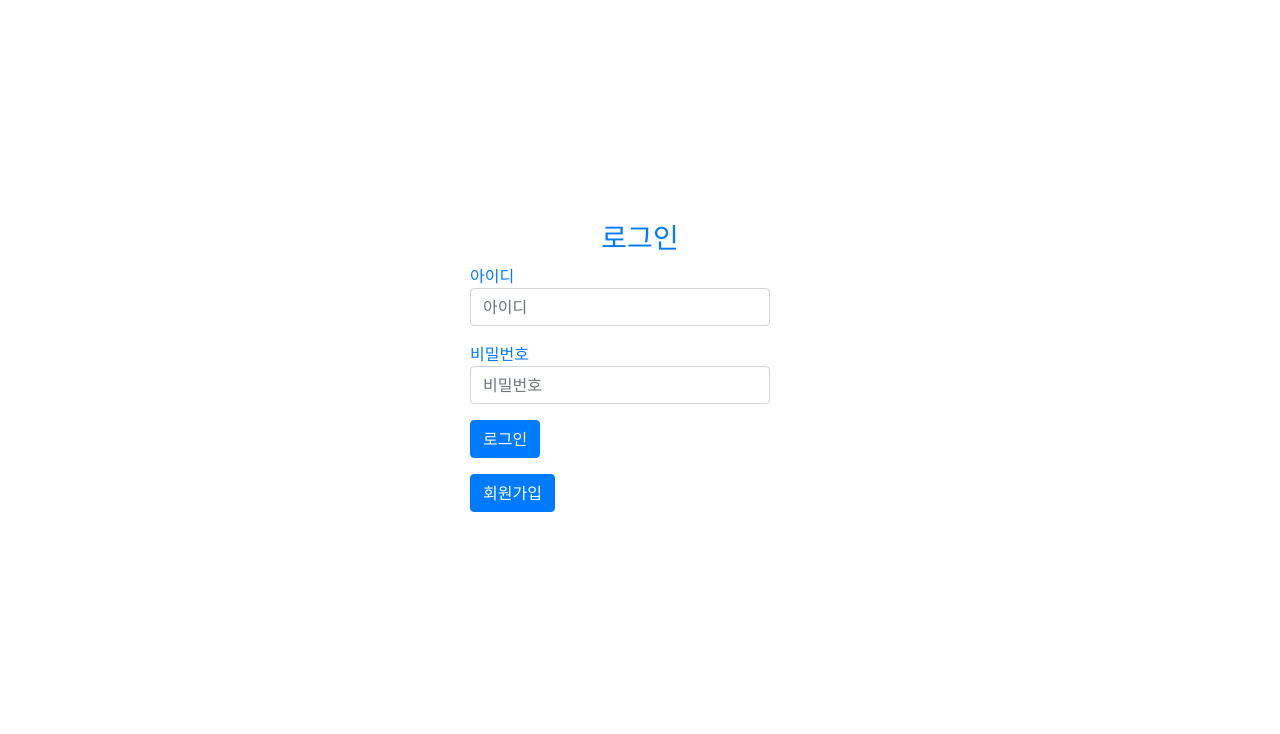
Repository: Seongjoo-Shin/webServer
Page: http://localhost/project/project/login.jsp
An editor plug-in stored every save of this project. The page is shown before and after the next save, followed by the edit.
The browser window is 1280 px wide. The pictures show the whole page.
The page is served by Tomcat 9.

Above is the page before, as saved 2021-06-14 05:28:21.

After the next save:
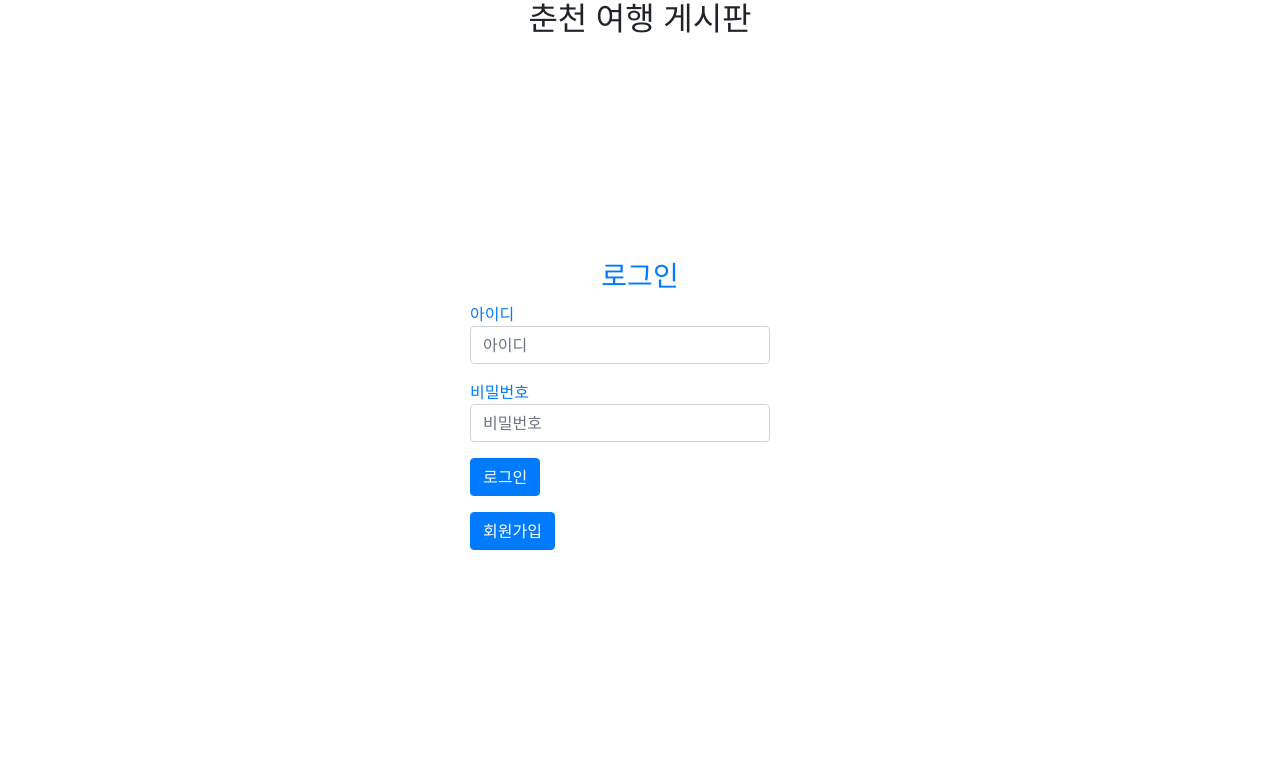
Saved 32 s later.
--- a/20165514_신성주_웹서버구축_프로젝트_소스코드/project/WebContent/project/login.jsp
+++ b/20165514_신성주_웹서버구축_프로젝트_소스코드/project/WebContent/project/login.jsp
@@ -9,6 +9,7 @@
 </head>
 <body>
 	<div class="container">
+	<h2 class="text-center">춘천 여행 게시판</h2>
 		<div class="col-sm-4" style="margin:20% auto; border=solid 1;">
 		<h3 class="text-center text-primary">로그인</h3>
 		<form method="post" action="login_process.jsp">
